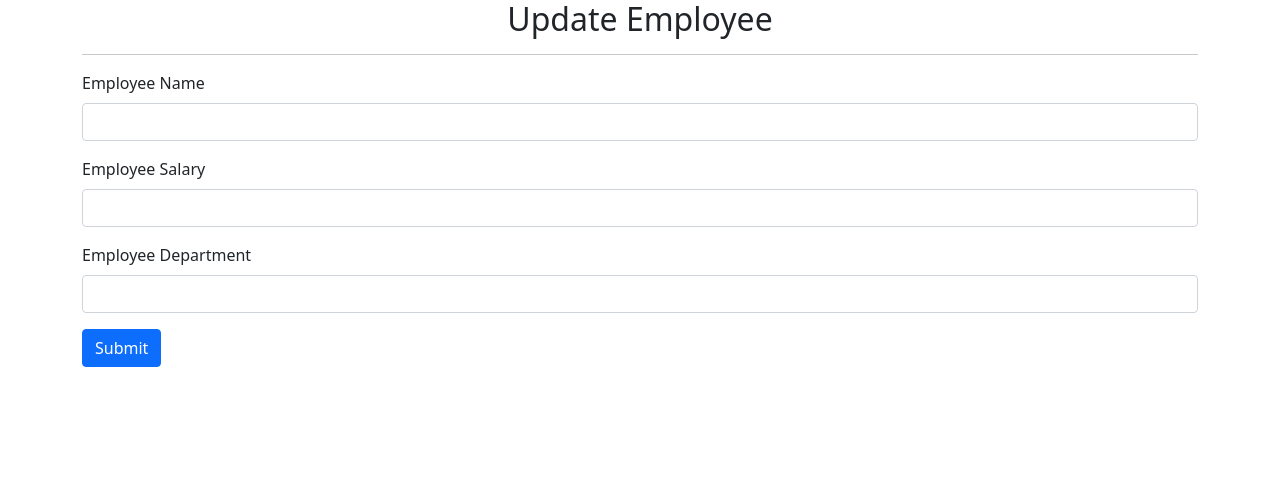
Repository: bhatideepak599/JspServlets
Page: http://localhost/10-student-mvc-db/update-Employee.jsp
These files come from the project's save history. The page is drawn as it stood at one moment and after the next save; the edit follows.
The browser window is 1280 px wide. The pictures show the whole page.
The page is served by Tomcat 9. Other server files are loaded and not shown.

Above is the page before, as saved 2024-07-17 09:15:55.

### 10-student-mvc-db/WebContent/update-Employee.jsp
<%@ page language="java" contentType="text/html; charset=ISO-8859-1"
	pageEncoding="ISO-8859-1"%>
<!DOCTYPE html>
<html>
<head>
<meta charset="ISO-8859-1">
<title>Update Employee</title>
<link
	href="https://cdn.jsdelivr.net/npm/bootstrap@5.0.2/dist/css/bootstrap.min.css"
	rel="stylesheet"
	integrity="sha384-EVSTQN3/azprG1Anm3QDgpJLIm9Nao0Yz1ztcQTwFspd3yD65VohhpuuCOmLASjC"
	crossorigin="anonymous">
<script
	src="https://cdn.jsdelivr.net/npm/bootstrap@5.0.2/dist/js/bootstrap.bundle.min.js"
	integrity="sha384-MrcW6ZMFYlzcLA8Nl+NtUVF0sA7MsXsP1UyJoMp4YLEuNSfAP+JcXn/tWtIaxVXM"
	crossorigin="anonymous"></script>
</head>
<body>
	<div class="container">

		<div class="text-center">

			<p class="h2">Update Employee</p>

		</div>
		<hr>
		<form action ="Student">
			<input type="hidden" name="command" value="update"/>
			<!-- <div class="mb-3">
				<label for="Id" class="form-label">Employee Id</label> <input type="text" class="form-control"
					id="Id" name="Id" aria-describedby="emailHelp">

			</div> -->
			<div class="mb-3">
				<label for="name" class="form-label">Employee Name</label> <input type="text" class="form-control"
					id="name" name="name" aria-describedby="emailHelp">

			</div>
			<div class="mb-3">
				<label for="salary" class="form-label">Employee Salary</label> <input type="text" class="form-control"
					id="salary" name="salary" aria-describedby="emailHelp">

			</div>
			<div class="mb-3">
				<label for="dept" class="form-label">Employee Department</label> <input type="text" class="form-control"
					id="dept" name="dept" aria-describedby="emailHelp">

			</div>
			<button type="submit" class="btn btn-primary">Submit</button>
		</form>

	</div>

</body>
</html>

After the next save:
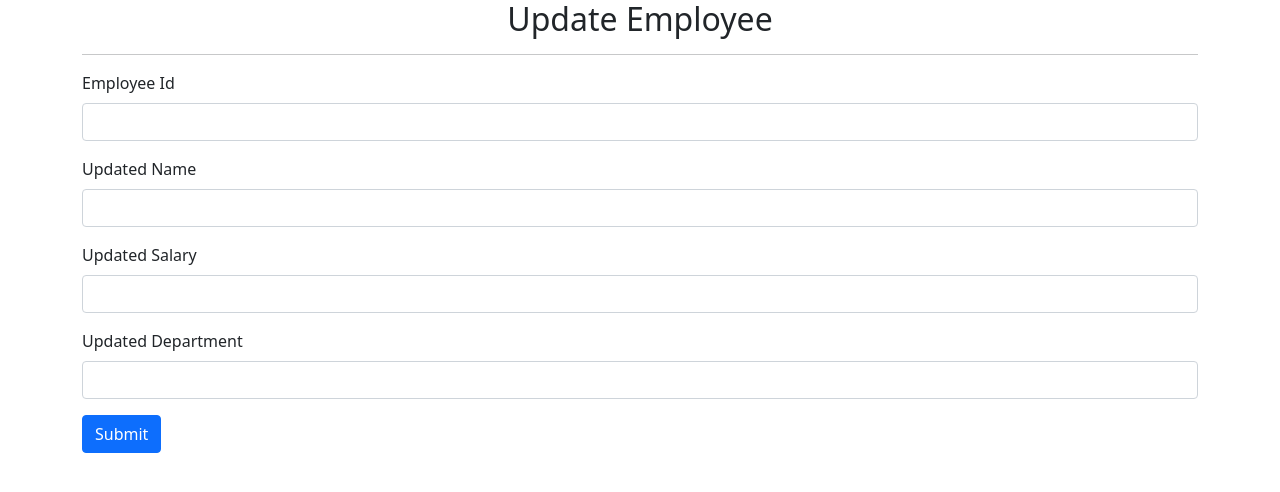
Saved 3 min 50 s later.
--- a/10-student-mvc-db/WebContent/update-Employee.jsp
+++ b/10-student-mvc-db/WebContent/update-Employee.jsp
@@ -26,23 +26,23 @@
 		<hr>
 		<form action ="Student">
 			<input type="hidden" name="command" value="update"/>
-			<!-- <div class="mb-3">
+				<div class="mb-3">
 				<label for="Id" class="form-label">Employee Id</label> <input type="text" class="form-control"
-					id="Id" name="Id" aria-describedby="emailHelp">
+					id="Id" name="Id" >
 
-			</div> -->
+			</div>
 			<div class="mb-3">
-				<label for="name" class="form-label">Employee Name</label> <input type="text" class="form-control"
+				<label for="name" class="form-label">Updated Name</label> <input type="text" class="form-control"
 					id="name" name="name" aria-describedby="emailHelp">
 
 			</div>
 			<div class="mb-3">
-				<label for="salary" class="form-label">Employee Salary</label> <input type="text" class="form-control"
+				<label for="salary" class="form-label">Updated Salary</label> <input type="text" class="form-control"
 					id="salary" name="salary" aria-describedby="emailHelp">
 
 			</div>
 			<div class="mb-3">
-				<label for="dept" class="form-label">Employee Department</label> <input type="text" class="form-control"
+				<label for="dept" class="form-label">Updated Department</label> <input type="text" class="form-control"
 					id="dept" name="dept" aria-describedby="emailHelp">
 
 			</div>
